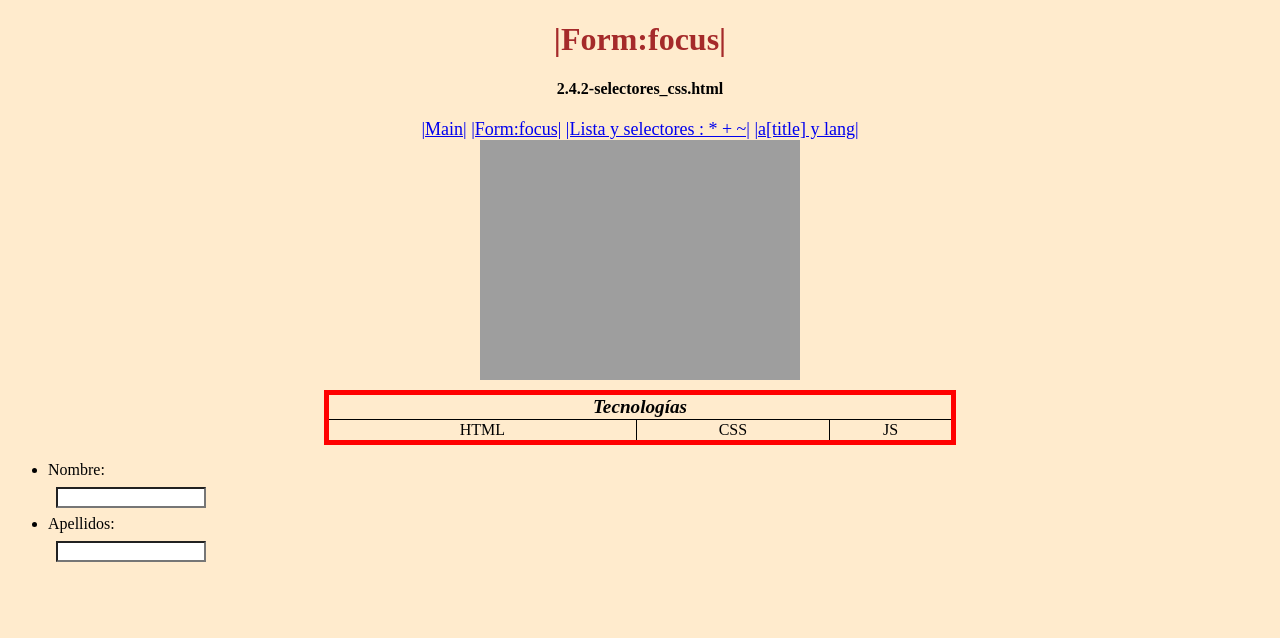
Repository: cesarsant0203/My_Study
Page: Introducción al desarrollo web/2-Css/2.4.2-selectores_css.html
These files come from the project's save history. The page is drawn as it stood at one moment and after the next save; the edit follows.
The browser window is 1280 px wide. The pictures show the whole page.
Pictures or frames that could not be fetched are drawn as grey boxes.

Above is the page before, as saved 2020-04-28 19:45:08.

After the next save:
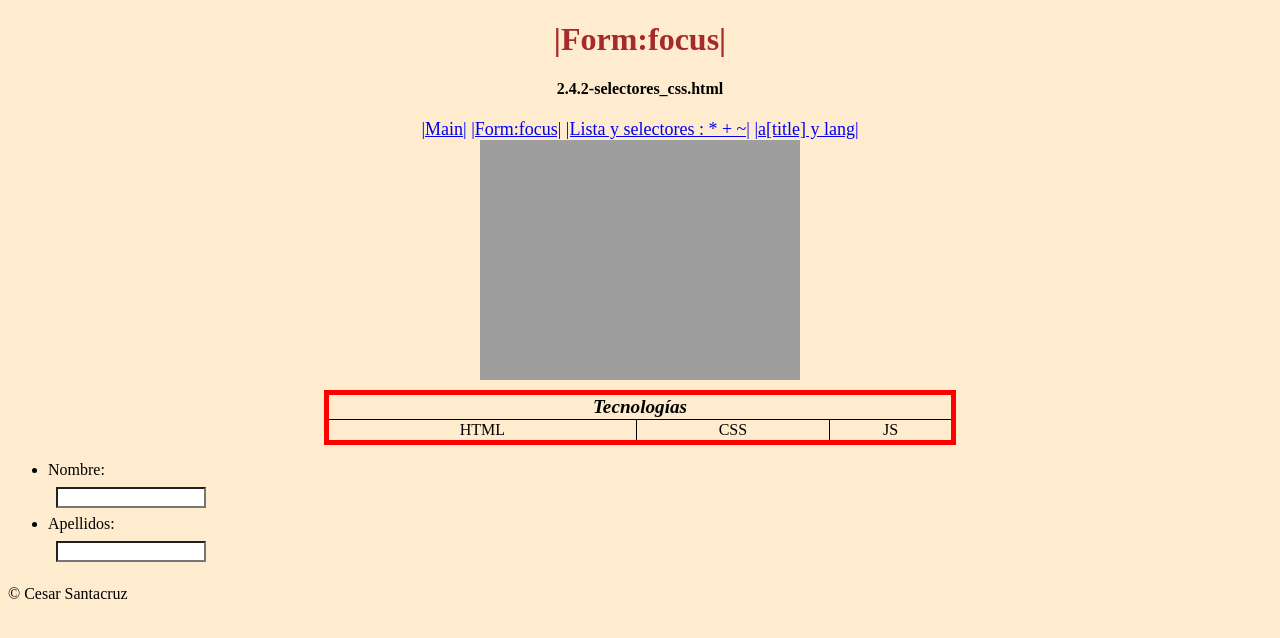
Saved 15 s later.
--- a/Introducción al desarrollo web/2-Css/2.4.2-selectores_css.html
+++ b/Introducción al desarrollo web/2-Css/2.4.2-selectores_css.html
@@ -50,6 +50,9 @@
             </ul>
         </form>
     </article>
+    <footer>
+        &copy Cesar Santacruz
+    </footer>
 
 </body>
 
